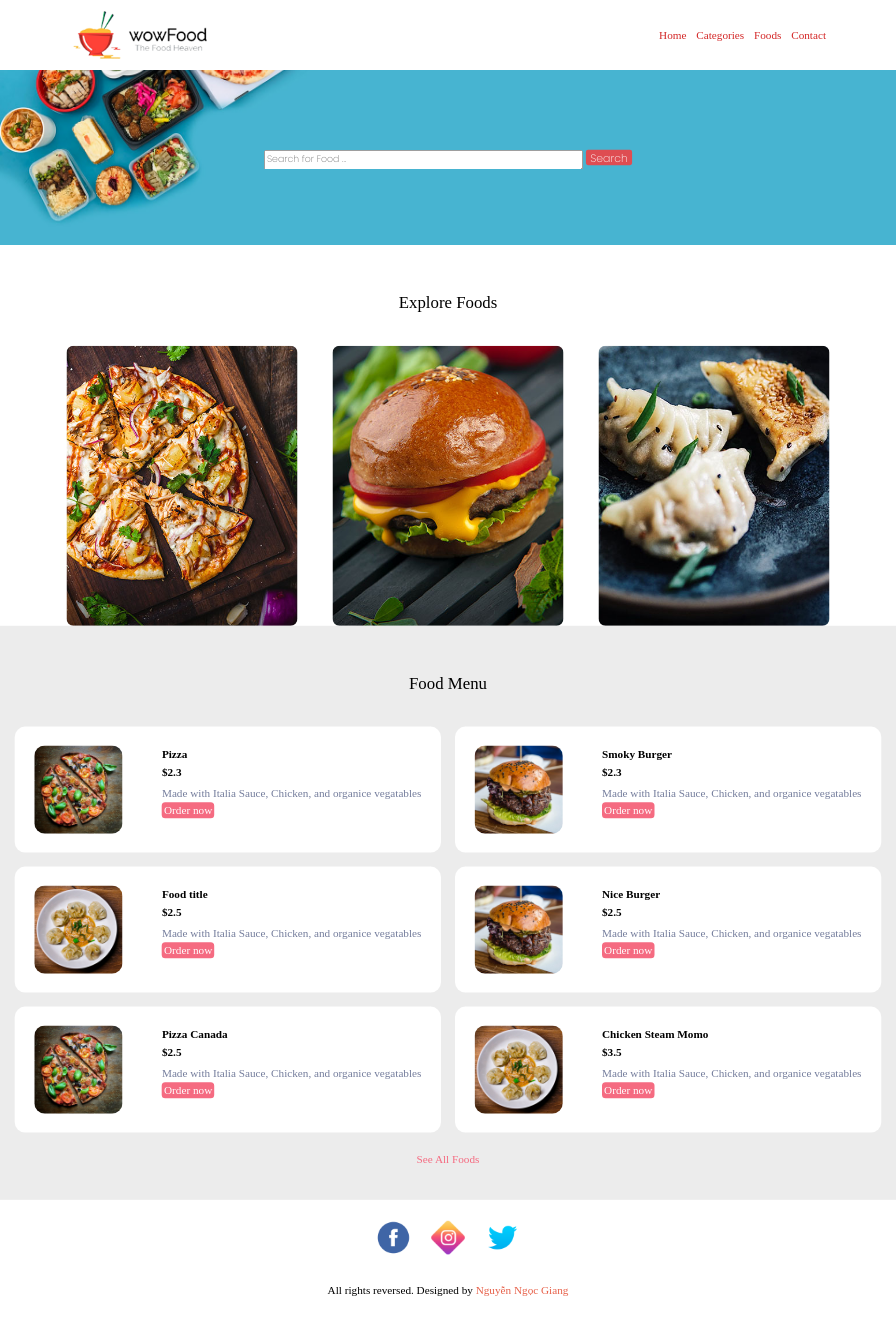
Repository: ruaruababa/WowFood
Page: index.html
These files come from the project's save history. The page is drawn as it stood at one moment and after the next save; the edit follows.
The browser window is 1280 px wide. The pictures show the whole page, at 70% of full size.

Above is the page before, as saved 2021-09-18 10:31:02.

After the next save:
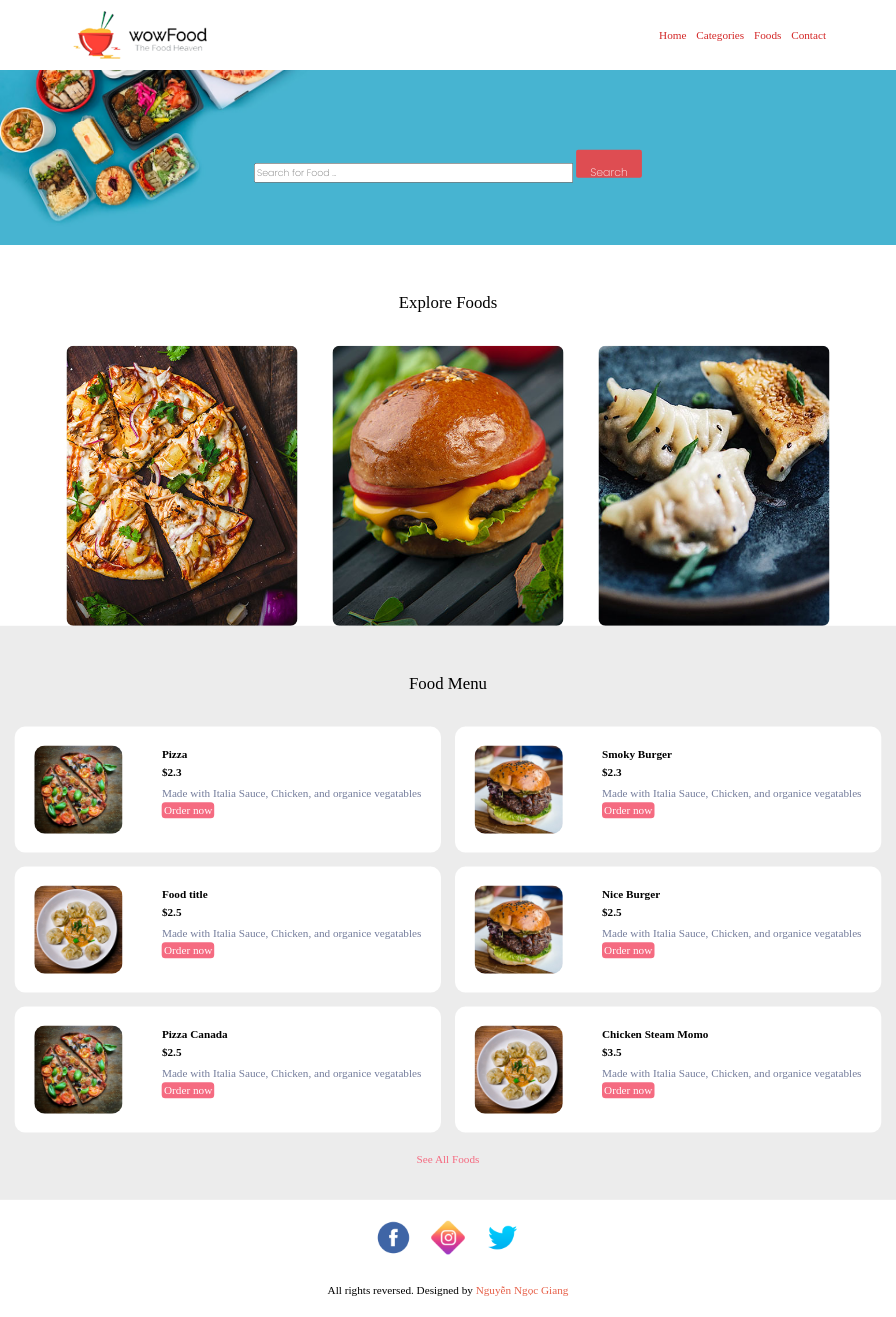
Saved 6 s later.
--- a/style.css
+++ b/style.css
@@ -84,7 +84,7 @@ nav {
   color: white;
   height: inherit;
   cursor: pointer;
-  pad
+  padding: 20px;
 }
 
 section {

After the 3 saves that followed:
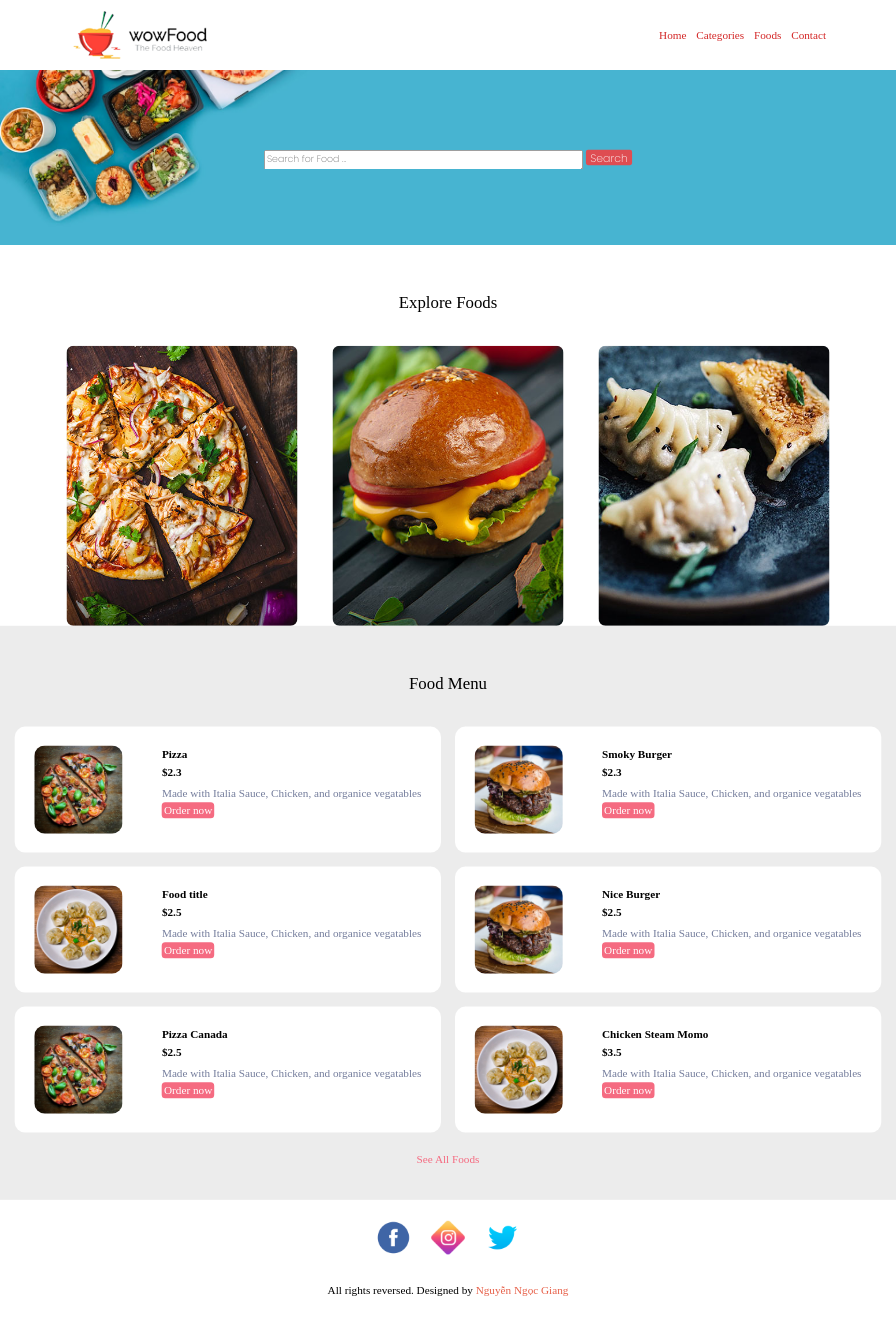
The 3 saves are shown as one change because 1 left the picture as it was and some came seconds apart.
The last was saved 34 s later.
--- a/index.html
+++ b/index.html
@@ -42,8 +42,8 @@
             placeholder="Search for Food ..."
             class="input-search"
           />
-          <button class="btn-search">Search</button>
-          <!-- <input type="button" value="Search" class="btn-search" /> -->
+          <!-- <button class="btn-search">Search</button> -->
+          <input type="button" value="Search" class="btn-search" />
         </div>
       </div>
     </nav>
--- a/style.css
+++ b/style.css
@@ -84,7 +84,7 @@ nav {
   color: white;
   height: inherit;
   cursor: pointer;
-  padding: 20px;
+  \
 }
 
 section {
